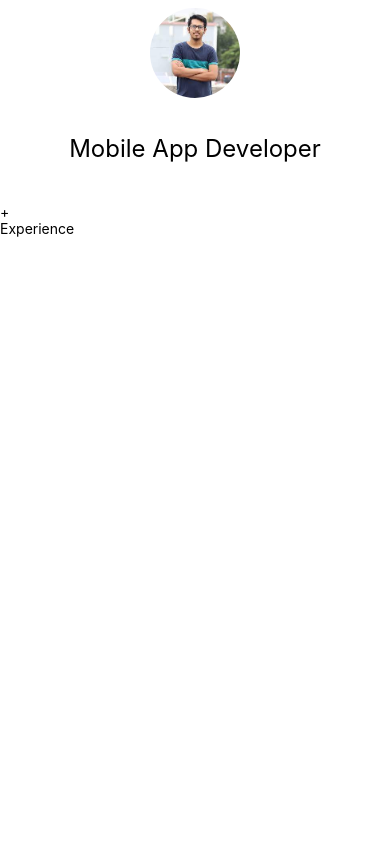
Repository: harishbariya/React-Native-ui-desiign
Screen: /
An editor plug-in stored every save of this project. The screen is shown before and after the next save, followed by the edit.
The app was drawn by React Native's web renderer in a window 390 px wide. The project was rebuilt for these pictures with package versions that can differ from the ones it lists, and the page was loaded fresh each time.

Above is the screen before, as saved 2021-11-17 14:22:01.

### App.js
import React, { Component } from 'react';
import {View,Text,StyleSheet,Image} from 'react-native';


class App extends Component
{
  render()
  {
    return(
      <View style={styles.display}>
      <Image style={{alignSelf:"center",marginTop:8,borderRadius:1000}}source={{uri:"data:[embedded picture, 9311 characters]"
      ,width:90,height:90}}/>
        <Text style={[styles.textstyles,{color:"#fff",fontSize:30,fontWeight:"bold"}]}>Harish Baria</Text>
        <Text style={[styles.textstyles,{fontSize:24}]}>Mobile App Developer</Text>
      <Text style={{color:"#fff",fontSize:16,textAlign:"auto"}}>Hello Developers.I am a Mobile App and Web Developer with industry Experience.</Text>


      <View>

        <View>
          <Text>+</Text>
          <Text>Experience</Text>
        </View>
      </View>

      </View>
    );
  }
}

const styles=StyleSheet.create({

  display:{
    flex:1,
    flexDirection:"column",

  },
  textstyles:{
    color:"#000",
    textAlign:"center",
  }

})

export default App

After the next save:
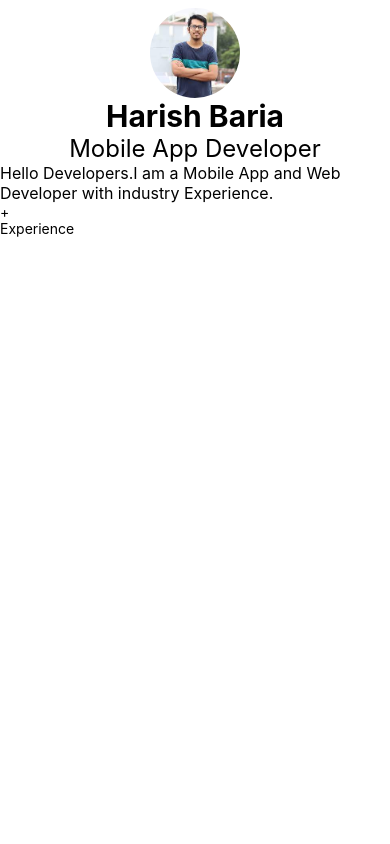
Saved 12 s later.
--- a/App.js
+++ b/App.js
@@ -10,9 +10,9 @@ class App extends Component
       <View style={styles.display}>
       <Image style={{alignSelf:"center",marginTop:8,borderRadius:1000}}source={{uri:"data:[embedded picture, 9311 characters]"
       ,width:90,height:90}}/>
-        <Text style={[styles.textstyles,{color:"#fff",fontSize:30,fontWeight:"bold"}]}>Harish Baria</Text>
+        <Text style={[styles.textstyles,{color:"#000",fontSize:30,fontWeight:"bold"}]}>Harish Baria</Text>
         <Text style={[styles.textstyles,{fontSize:24}]}>Mobile App Developer</Text>
-      <Text style={{color:"#fff",fontSize:16,textAlign:"auto"}}>Hello Developers.I am a Mobile App and Web Developer with industry Experience.</Text>
+      <Text style={{color:"#000",fontSize:16,textAlign:"auto"}}>Hello Developers.I am a Mobile App and Web Developer with industry Experience.</Text>
 
 
       <View>
